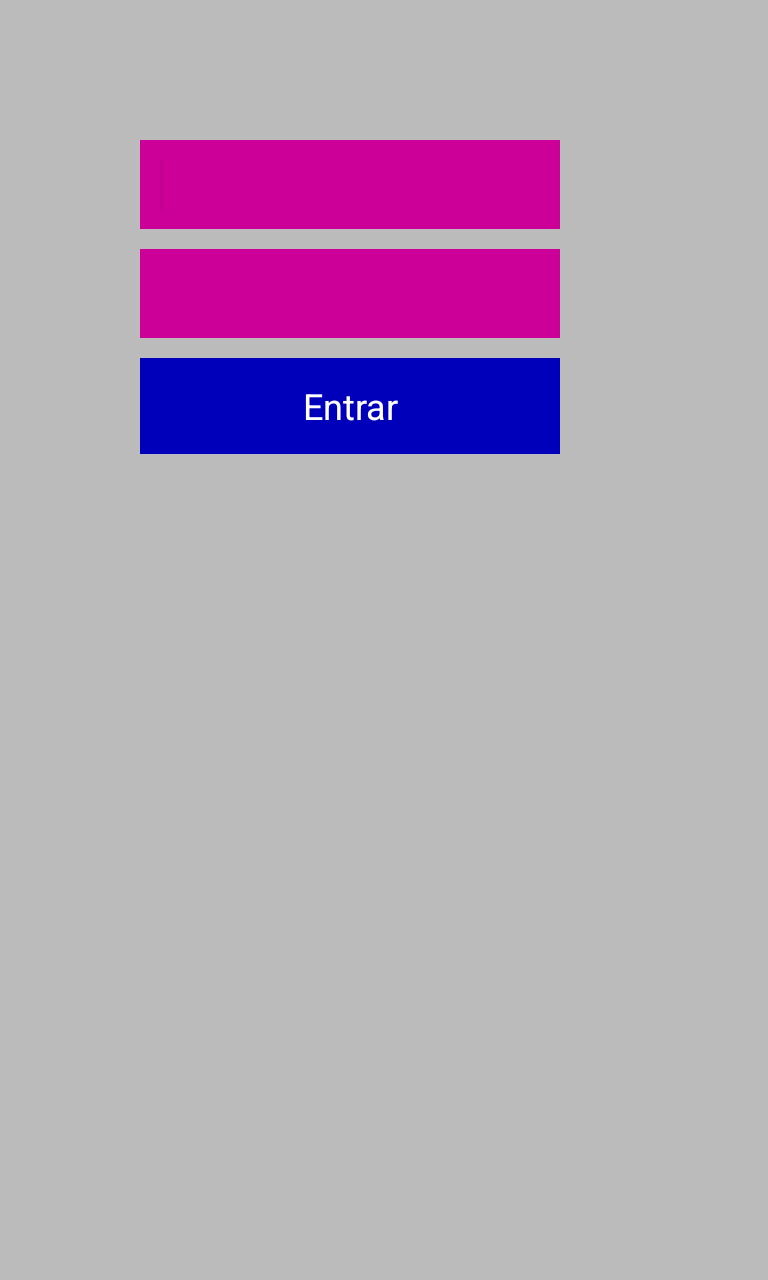
Repository: christianchi/di
Layout: 09 Drawable/UsoDrawNinePatch/res/layout/activity_main.xml
These files come from the project's save history. The layout is drawn as it stood at one moment and after the next save; the edit follows.
It is drawn on a 768 x 1280 px phone screen (xhdpi) without system bars, with theme AppTheme; the app's code is not run.

Above is the layout before, as saved 2014-01-16 08:48:48.

After the next save:
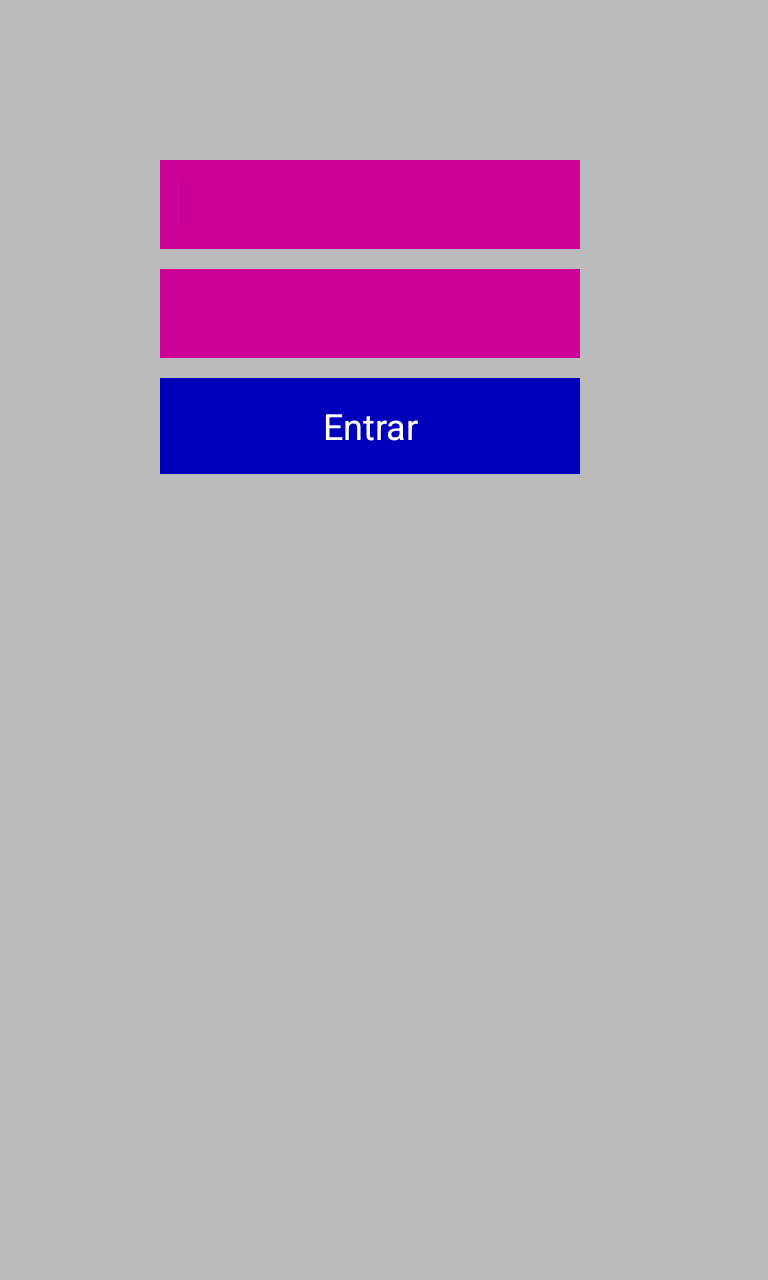
Saved 8 s later.
--- a/09 Drawable/UsoDrawNinePatch/res/layout/activity_main.xml
+++ b/09 Drawable/UsoDrawNinePatch/res/layout/activity_main.xml
@@ -10,7 +10,7 @@
         android:layout_height="wrap_content"
         android:background="#bbb"
         android:orientation="vertical"
-        android:padding="20dp" >
+        android:padding="30dp" >
 
         <EditText
             android:id="@+id/editText1"
